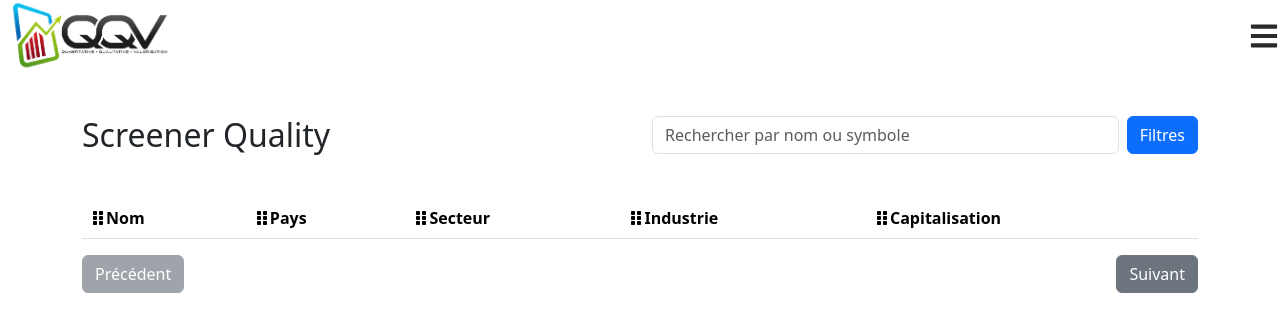
Repository: adamaadev/comeup
Page: / (app in admin/)
An editor plug-in stored every save of this project. The page is shown before and after the next save, followed by the edit.
The browser window is 1280 px wide. The pictures show the whole page.
The page's requests for data from a server got no answer. The project was rebuilt for these pictures with package versions that can differ from the ones it lists, and the page was loaded fresh each time. No one was signed in, and anything a server would have sent is missing. Also part of the build but not shown: admin/src/pages/Auth/Login.js, admin/src/pages/Home/Watchlist.js, admin/src/pages/Home/Prix.js, admin/src/pages/Home/Douve.js, admin/src/pages/Home/Scenario.js, admin/src/pages/Services/Questions.js, admin/src/pages/Home/Analyse.js, admin/src/pages/Home/Foire.js and 9 more.

Above is the page before, as saved 2024-09-09 18:45:02.

### admin/public/index.html
<!DOCTYPE html>
<html lang="en">
  <head>
    <meta charset="utf-8" />
    <link rel="icon" href="%PUBLIC_URL%/favicon.ico" />
    <meta name="viewport" content="width=device-width, initial-scale=1" />
    <meta name="theme-color" content="#000000" />
    <meta
      name="description"
      content="Web site created using create-react-app"
    />
    <link rel="apple-touch-icon" href="%PUBLIC_URL%/logo192.png" />
    <link href='https://cdn.jsdelivr.net/npm/boxicons@2.0.9/css/boxicons.min.css' rel='stylesheet'>

    <!--
      manifest.json provides metadata used when your web app is installed on a
      user's mobile device or desktop. See https://developers.google.com/web/fundamentals/web-app-manifest/
    -->
    <link rel="manifest" href="%PUBLIC_URL%/manifest.json" />
    <!--
      Notice the use of %PUBLIC_URL% in the tags above.
      It will be replaced with the URL of the `public` folder during the build.
      Only files inside the `public` folder can be referenced from the HTML.

      Unlike "/favicon.ico" or "favicon.ico", "%PUBLIC_URL%/favicon.ico" will
      work correctly both with client-side routing and a non-root public URL.
      Learn how to configure a non-root public URL by running `npm run build`.
    -->
    <title>React App</title>
  </head>
  <body>
    <noscript>You need to enable JavaScript to run this app.</noscript>
    <div id="root"></div>
    <!--
      This HTML file is a template.
      If you open it directly in the browser, you will see an empty page.

      You can add webfonts, meta tags, or analytics to this file.
      The build step will place the bundled scripts into the <body> tag.

      To begin the development, run `npm start` or `yarn start`.
      To create a production bundle, use `npm run build` or `yarn build`.
    -->
  </body>
</html>

### admin/src/index.js
import React from 'react';
import App from './App';
import './pages/style/index.css';
import ReactDOM from 'react-dom/client';
import 'bootstrap/dist/css/bootstrap.min.css';

const root = ReactDOM.createRoot(document.getElementById('root'));
root.render(
    <App />
);

### admin/src/App.js
import React, { useEffect, useState } from 'react'
import axios from 'axios';
import Home from './pages/Home/Home';
import Login from './pages/Auth/Login';
import WatchList from './pages/Home/Watchlist';
import Details from './pages/Home/Details';
import Setting from './pages/Home/Setting';
import Forget from './pages/Auth/Forget';
import Screener from './pages/Home/Screener';
import ResetPassword from './pages/Auth/ResetPassword';
import Signup from './pages/Auth/Signup';
import Gestion from './pages/Home/Gestion';
import { BrowserRouter , Routes , Route , Navigate} from 'react-router-dom';
import Bareme from './pages/Home/Bareme';

export default function App() {
  const [auth, setauth] = useState(false);
  const type = "admin";

  axios.defaults.withCredentials = true;
  useEffect(() => {
    axios.post('http://localhost:4000/',{ type }).then(res => {
      if (res.data.success) {
        setauth(true);
      }
    });
  }, []);

  return (
    <BrowserRouter>
      <Routes>
        <Route path='/' element = { <Home/> }>
          <Route path='/' element = {<Screener/> }/>
          <Route path='/watchlist' element = {<WatchList/>}/>
          <Route path='/gestion' element = {<Gestion/>}/>
          <Route path='/details/:symbol' element = {<Details/>}/>
          <Route path='/compte' element = {<Setting/>}/>
          <Route path='/bareme' element={<Bareme/>}/>
        </Route>
        <Route path='/forget' element = {auth ? <Navigate to="/" /> : <Forget/>}/>
        <Route path='/reset-password/:token' element = {auth ? <Navigate to="/" /> : <ResetPassword/>}/>
        <Route path='/login' element = {auth ? <Navigate to="/" /> :<Login />}/>
        <Route path='*' element = { auth ? <Navigate to="/" /> : <Login />}/>
        <Route path='/signup' element = { auth ? <Navigate to="/" /> : <Signup />}/>
      </Routes>
    </BrowserRouter>
  )
}

### admin/src/pages/style/index.css
.active{
    color: red;
}

  .table th {
    height: 60px; /* Hauteur fixe pour les th */
  }

  @media (max-width: 768px) {
    .table-responsive {
      overflow-x: auto;
    }

    .table th, .table td {
      font-size: 14px;
      height: auto;
    }

    .company-logo {
      width: 40px;
      height: 40px;
    }
  }
  .text-center {
    text-align: center;
  }

  .symbol{
    font-weight: bold;
  }

.kilo{
    display: inline-block;
  }

  .sidebar {
    transform: translateX(100%);
    transition: transform 0.3s ease-in-out;
  }

  .sidebar.open {
    transform: translateX(0);
  }

  .header-shadow {
    box-shadow: 0 2px 4px rgba(0,0,0,.1);
  }

  header{
    width: 100% !important;
  }

  .company-logo {
    width: 50px;
    height: 50px;
  }

  .nav-link {
    color: #6c757d; /* Couleur des onglets inactifs */
    font-weight: bold;
  }

  .nav-link.active {
    color: #007bff; /* Couleur de l'onglet actif */
    border-bottom: 3px solid #007bff; /* Soulignement bleu pour l'onglet actif */
  }

  .nav-link:hover {
    color: #0056b3; /* Changement de couleur au survol */
  }

  button.btn {
    display: flex;
    align-items: center;
    gap: 5px;
  }
  .container {
    .company-name {
      font-size: 1.5rem;
      font-weight: bold;
    }
    .stock-price {
      font-size: 1.2rem;
      color: #666;
    }
    .nav-tabs {
      border-bottom: 2px solid #dee2e6;
      .nav-link {
        color: #000;
        &.active {
          font-weight: bold;
          color: #007bff;
          border-bottom: 3px solid #007bff;
        }
      }
    }
    .chart-section {
      width: 70%;
      padding-right: 20px;
    }
    .info-section {
      width: 30%;
      background-color: #f8f9fa;
      padding: 20px;
      height: max-content;
      border-radius: 5px;
    }
  }

  .chart-container {
    position: relative;
    display: flex;
    flex-direction: column;
    align-items: center;
  }

  .chart-wrapper {
    position: relative;
    width: 100%;
    height: 400px;
  }

  .logo-overlay {
    position: absolute;
    top: 50%;
    left: 50%;
    width: 150px;
    height: 150px;
    transform: translate(-50%, -50%);
    pointer-events: none;
  }

  .grid-container {
    display: flex;
    flex-wrap: wrap;
    gap: 20px; /* Espacement entre les colonnes */
  }

  .grid-container ul {
    list-style-type: none;
    padding: 0;
    margin: 0;
    width: 45%; /* Chaque liste prendra environ la moitié de la largeur */
  }

  .grid-container h2 {
    width: 100%; /* Les titres prendront toute la largeur */
  }

  li {
    margin-bottom: 10px; /* Espacement entre les éléments */
  }

### admin/src/pages/Home/Home.js
import { useState, useEffect } from 'react';
import axios from 'axios';
import logo from '../Assets/logo.jpg';
import { Link, NavLink, Outlet, useNavigate } from 'react-router-dom';
import { FaChevronDown, FaChevronUp, FaBars, FaTimes } from 'react-icons/fa';

export default function Home() {
  const type = "admin";
  const navigate = useNavigate();
  const [name, setName] = useState('');
  const [isMenuOpen, setIsMenuOpen] = useState(false);
  const [isSidebarOpen, setIsSidebarOpen] = useState(false);
  const [hasScrolled, setHasScrolled] = useState(false);

  useEffect(() => {
    axios.post('http://localhost:4000/', { type })
      .then(res => {
        setName(res.data.username);
        if (!res.data.success) {
          navigate('/login');
        }
      });
  }, [navigate]);

  useEffect(() => {
    const handleScroll = () => {
      if (window.scrollY > 0) {
        setHasScrolled(true);
      } else {
        setHasScrolled(false);
      }
    };

    window.addEventListener('scroll', handleScroll);
    return () => {
      window.removeEventListener('scroll', handleScroll);
    };
  }, []);

  const handleLogout = () => {
    axios.post('http://localhost:4000/logout', { type })
      .then(res => {
        if (res.data.success) {
          window.location.reload(true);
        }
      });
  };

  return (
    <div className="d-flex">
      <div className="flex-grow-1 p-3">
        <header className={`d-flex justify-content-between align-items-center py-3 ${hasScrolled ? 'header-shadow' : ''}`} style={{ position: 'fixed', top: 0, left: 0, width: '100%', height: "10%", backgroundColor: '#fff', zIndex: 1000 }}>
          <NavLink to="/" style={{ textDecoration: 'none' }}>
            <img src={logo} style={{ maxWidth: '180px', maxHeight: '180px', display: 'block', margin: '0 auto' }} alt="Logo" />
          </NavLink>
          <button onClick={() => setIsSidebarOpen(!isSidebarOpen)} className="btn btn-link p-0 d-flex align-items-center">
            <FaBars color='#2a2a2a' size={30} />
          </button>
        </header>
        <div style={{ marginTop: '100px' }}>
          <Outlet />
        </div>
      </div>
      {isSidebarOpen && (
        <aside className={`bg-light border-start p-3 position-fixed top-0 end-0 vh-100 sidebar ${isSidebarOpen ? 'open' : ''}`} style={{ minWidth: '250px', zIndex: '1000' }}>
          <button onClick={() => setIsSidebarOpen(false)} className="btn btn-link p-0 position-absolute top-0 end-0 m-3">
            <FaTimes size={30} />
          </button>
          <nav className="d-flex flex-column mt-5">
            <NavLink to={'/watchlist'} style={{ textDecoration: 'none' }} className="mb-3">Watchlist</NavLink>
            <NavLink to={'/bareme'} style={{ textDecoration: 'none' }} className="mb-3">Bareme</NavLink>
            <NavLink to={'/gestion'} style={{ textDecoration: 'none' }} className="mb-3">Emails Clients</NavLink>
            <NavLink to={'/compte'} style={{ textDecoration: 'none' }} className="mb-3">Compte</NavLink>
            <Link onClick={handleLogout} style={{ textDecoration: 'none' }} className="mb-3">Se deconnecter</Link>
          </nav>
        </aside>
      )}
    </div>
  );
}

### admin/src/pages/Home/Screener.js
import React, { useState, useEffect } from 'react';
import axios from 'axios';
import { Modal, Button } from 'react-bootstrap';
import { DragDropContext, Droppable, Draggable } from 'react-beautiful-dnd';
import { FaGripVertical } from 'react-icons/fa';

export default function Watchlist() {
  const [infos, setInfos] = useState([]);
  const [query, setQuery] = useState('');
  const [currentPage, setCurrentPage] = useState(1);
  const [showModal, setShowModal] = useState(false);
  const [filters, setFilters] = useState([{ filterType: '', selectedOption: '', min: '', max: '' }]);
  const [columns, setColumns] = useState(['Name', 'pays', 'secteur', 'industrie', 'Capitalisation']);
  const [filteredInfos, setFilteredInfos] = useState([]);
  const [secondSelectChanged, setSecondSelectChanged] = useState(false);
  const itemsPerPage = 20;

  const handleDragEnd = (result) => {
    if (!result.destination) return;

    const updatedColumns = Array.from(columns);
    const [removed] = updatedColumns.splice(result.source.index, 1);
    updatedColumns.splice(result.destination.index, 0, removed);

    setColumns(updatedColumns);
    // Enregistrer l'ordre des colonnes dans le localStorage
    localStorage.setItem('draggedColumns', JSON.stringify(updatedColumns));
  };

  useEffect(() => {
    const savedColumns = localStorage.getItem('draggedColumns');
    if (savedColumns) {
      setColumns(JSON.parse(savedColumns));
    }
  }, []);

  const ratioNames = {
    'exchangeShortName': 'exchange',
    'pays': 'Pays',
    'secteur': 'Secteur',
    'industrie': 'Industrie',
    'buyback_yield': 'Buyback yield',
    'croissance_CA_1_an': 'CA 1 an',
    'croissance_CA_5_ans': 'CA 5 ans',
    'croissance_CA_10_ans': 'CA 10 ans',
    'fcf_1_year': 'FCF 1 an',
    'fcf_5_years': 'FCF 5 ans',
    'fcf_10_years': 'FCF 10 ans',
    'fcf_margin_one_year': 'FCF Margin 1 an',
    'fcf_margin_five_year': 'FCF Margin 5 ans',
    'roce': 'ROCE 1 an',
    'roce_5_year_avg': 'ROCE Moyenne 5 ans',
    'croissance_resultat_net_1_an': 'Résultat Net 1 an',
    'croissance_resultat_net_5_ans': 'Résultat Net 5 ans',
    'piotroski_score': 'Piotroski-Score',
    'ratio_capex_revenu_net': 'Ratio CAPEX/Revenu Net',
    'rachat_net_moyen': 'Rachat Net Moyen',
    'croissance_annualisee': 'Croissance Annualisée',
    'croissance_moyenne': 'Croissance Moyenne',
    'debt_equity': 'Debt-Equity',
    'ratio_payout': 'Payout-Ratio',
    'performance': 'Performance 5 ans',
    'nbreannee': 'Nombre d\'années',
  };

  const handleCloseModal = () => setShowModal(false);
  const getAvailableRatioOptions = (currentFilterIndex) => {
    // Obtenir les ratios déjà sélectionnés dans d'autres filtres
    const selectedRatios = filters
      .map((filter, index) => (index !== currentFilterIndex ? filter.filterType : null))
      .filter(Boolean);

    // Retourner les ratios qui ne sont pas encore sélectionnés
    return Object.keys(ratioNames).filter((ratio) => !selectedRatios.includes(ratio));
  };

  useEffect(() => {
    axios.get('http://localhost:4000/screener')
      .then(res => {
        console.log(res.da);

        const sortedData = res.data.sort((a, b) => b.Capitalisation - a.Capitalisation); // Décroissant
        setInfos(sortedData);
        setFilteredInfos(sortedData); // Initialement, les infos filtrées sont les mêmes que les infos triées
      });
  }, []);

  useEffect(() => {
    const initialColumns = ['Nom', 'pays', 'secteur', 'industrie', 'Capitalisation', 'exchangeShortName'];
    const newColumns = [
      ...initialColumns.filter(col => col !== 'exchangeShortName'),
      ...filters
        .map(f => f.filterType)
        .filter(f => f && !initialColumns.includes(f))
    ];
    setColumns(newColumns);
  }, [filters]);

  useEffect(() => {
    const applyFilters = () => {
      return infos.filter(info => {
        const matchesQuery =
          info.symbol.toLowerCase().includes(query.toLowerCase());

        const matchesFilters = filters.every(({ filterType, selectedOption, min, max }) => {
          if (!filterType) return true; // Pas de filtre sélectionné

          // Vérifier si le filtre est appliqué à 'eligiblePea'
          if (filterType === 'eligiblePea') {
            return (info[filterType] ? 'Oui' : 'Non') === selectedOption;
          }

          // Filtre pour les champs numériques avec min/max
          if (['buyback_yield', 'fcf_1_year', 'fcf_5_years', 'fcf_10_years', 'fcf_margin_one_year', 'fcf_margin_five_year', 'roce', 'roce_5_year_avg', 'croissance_resultat_net_1_an', 'croissance_resultat_net_5_ans', 'croissance_CA_1_an', 'croissance_CA_5_ans', 'croissance_CA_10_ans', 'croissance_annualisee', 'croissance_moyenne', 'debt_equity', 'ratio_payout', 'performance', 'nbreannee'].includes(filterType)) {
            const value = parseFloat(info[filterType]);
            if (isNaN(value)) return true; // Si la valeur n'est pas un nombre, ignorer les filtres min/max
            if (min && value < parseFloat(min)) return false;
            if (max && value > parseFloat(max)) return false;
            return true;
          }

          // Si aucun selectedOption n'est choisi, ne pas appliquer le filtre
          if (!selectedOption) return true;

          // Filtre pour les autres champs (comme pays, secteur, industrie)
          return info[filterType] === selectedOption;
        });

        return matchesQuery && matchesFilters;
      });
    };

    // Appliquer les filtres à chaque changement
    const filtered = applyFilters();
    const sortedFiltered = filtered.sort((a, b) => b.Capitalisation - a.Capitalisation);
    setFilteredInfos(sortedFiltered);
  }, [filters, query, infos]);

  // Fonction pour gérer la suppression d'un filtre
  const removeFilter = (index) => {
    const newFilters = filters.filter((_, i) => i !== index);
    setFilters(newFilters);
    setSecondSelectChanged(true); // Pour réappliquer les filtres après suppression
  };

  const handleQueryChange = (event) => {
    const newQuery = event.target.value;
    setQuery(newQuery);

    if (newQuery === '') {
      // Si la barre de recherche est vide, réinitialiser les résultats filtrés
      setFilteredInfos(infos);
    } else {
      setSecondSelectChanged(true); // Forcer la réapplication des filtres avec la nouvelle recherche
    }
  };

  const handleFilterChange = (index, field, value) => {
    const newFilters = [...filters];
    newFilters[index][field] = value;

    if (field === 'filterType') {
      newFilters[index].selectedOption = '';
      newFilters[index].min = '';
      newFilters[index].max = '';
      setSecondSelectChanged(false);
    }

    if (field === 'selectedOption' || field === 'min' || field === 'max') {
      setSecondSelectChanged(true);
    }

    setFilters(newFilters);
  };

  const addFilter = () => {
    if (filters.length < 2) {
      setFilters([...filters, { filterType: '', selectedOption: '', min: '', max: '' }]);
    }
  };

  const getFilterOptions = (filterType) => {
    if (!filterType) return [];
    if (filterType === 'eligiblePea') return ['Oui', 'Non'];
    if (['buyback_yield', 'fcf_1_year', 'fcf_5_years', 'fcf_10_years', 'fcf_margin_one_year', 'fcf_margin_five_year', 'roce', 'roce_5_year_avg', 'croissance_resultat_net_1_an', 'croissance_resultat_net_5_ans', 'croissance_CA_1_an', 'croissance_CA_5_ans', 'croissance_CA_10_ans', 'croissance_annualisee', 'croissance_moyenne', 'debt_equity', 'ratio_payout', 'performance', 'nbreannee'].includes(filterType)) {
      return [];
    }
    return [...new Set(infos.map(info => info[filterType]))];
  };

  const indexOfLastItem = currentPage * itemsPerPage;
  const indexOfFirstItem = indexOfLastItem - itemsPerPage;
  const currentItems = filteredInfos.slice(indexOfFirstItem, indexOfLastItem);

  const totalPages = Math.ceil(filteredInfos.length / itemsPerPage);

  const handleNextPage = () => {
    if (currentPage < totalPages) {
      setCurrentPage(prevPage => prevPage + 1);
    }
  };

  const handlePrevPage = () => {
    if (currentPage > 1) {
      setCurrentPage(prevPage => prevPage - 1);
    }
  };

  const formatNumber = (num) => {
    return (num / 1e9).toFixed(3);
  };

  return (
    <section className="container mt-4">
      <div className="row align-items-center mb-4">
        <div className="col-md-6">
          <h2 className="mb-0">Screener Quality</h2>
        </div>
        <div className="col-md-6 d-flex align-items-center">
          <input
            type="text"
            className="form-control me-2"
            placeholder="Rechercher par nom ou symbole"
            value={query}
            onChange={handleQueryChange}
          />
          <Button variant="primary" onClick={() => setShowModal(true)}>
            Filtres
          </Button>
        </div>
      </div>
      <Modal show={showModal} onHide={handleCloseModal}>
        <Modal.Header closeButton>
          <Modal.Title>Ajouter un filtre</Modal.Title>
        </Modal.Header>
        <Modal.Body>
          {filters.map((filter, index) => (
            <div className="row mb-3" key={index}>
              <div className="col-md-4">
                <select
                  className="form-control"
                  value={filter.filterType}
                  onChange={(e) => handleFilterChange(index, 'filterType', e.target.value)}
                >
                  <option value="">Sélectionner un filtre</option>
                  {getAvailableRatioOptions(index).map(type => (
                    <option key={type} value={type}>{ratioNames[type]}</option>
                  ))}
                </select>
              </div>

              <div className="col-md-4">
                {filter.filterType === 'eligiblePea' ? (
                  <select
                    className="form-control"
                    value={filter.selectedOption}
                    onChange={(e) => handleFilterChange(index, 'selectedOption', e.target.value)}
                  >
                    <option value="">Sélectionner une option</option>
                    <option value="Oui">Oui</option>
                    <option value="Non">Non</option>
                  </select>
                ) : (
                  <>
                    {['buyback_yield', 'croissance_CA_1_an', 'croissance_CA_5_ans', 'croissance_CA_10_ans', 'fcf_1_year', 'fcf_5_years', 'fcf_10_years', 'fcf_margin_one_year', 'fcf_margin_five_year', 'roce', 'roce_5_year_avg', 'croissance_resultat_net_1_an', 'croissance_resultat_net_5_ans', 'piotroski_score', 'ratio_capex_revenu_net', 'rachat_net_moyen', 'croissance_annualisee', 'croissance_moyenne', 'debt_equity', 'ratio_payout', 'performance', 'nbreannee'].includes(filter.filterType) ? (
                      <>
                        <input
                          type="number"
                          className="form-control"
                          placeholder="Min"
                          value={filter.min}
                          onChange={(e) => handleFilterChange(index, 'min', e.target.value)}
                        />
                        <input
                          type="number"
                          className="form-control mt-2"
                          placeholder="Max"
                          value={filter.max}
                          onChange={(e) => handleFilterChange(index, 'max', e.target.value)}
                        />
                      </>
                    ) : (
                      <select
                        className="form-control"
                        value={filter.selectedOption}
                        onChange={(e) => handleFilterChange(index, 'selectedOption', e.target.value)}
                      >
                        <option value="">Sélectionner une option</option>
                        {getFilterOptions(filter.filterType).map(option => (
                          <option key={option} value={option}>{option}</option>
                        ))}
                      </select>
                    )}
                  </>
                )}
              </div>
              <div className="col-md-4">
                <button className="btn btn-danger" onClick={() => removeFilter(index)}>
                  X
                </button>
              </div>
            </div>
          ))}
          {filters.length < 2 && (
            <button onClick={addFilter} className='btn btn-primary'>
              Ajouter un filtre
            </button>
          )}
        </Modal.Body>
        <Modal.Footer>
          <Button variant="secondary" onClick={handleCloseModal}>
            Fermer
          </Button>
        </Modal.Footer>
      </Modal>
      <table className="table">
        <DragDropContext onDragEnd={handleDragEnd}>
          <Droppable droppableId="droppable" direction="horizontal">
            {(provided) => (
              <thead ref={provided.innerRef} {...provided.droppableProps}>
                <tr>
                  {columns.map((col, idx) => (
                    <Draggable key={col} draggableId={col} index={idx}>
                      {(provided) => (
                        <th
                          ref={provided.innerRef}
                          {...provided.draggableProps}
                          {...provided.dragHandleProps}
                          style={{ ...provided.draggableProps.style, whiteSpace: 'nowrap' }}
                        >
                          <div className="d-flex align-items-center">
                            <FaGripVertical />
                            {ratioNames[col] || col}
                          </div>
                        </th>
                      )}
                    </Draggable>
                  ))}
                  {provided.placeholder}
                </tr>
              </thead>
            )}
          </Droppable>
        </DragDropContext>

        <tbody>
  {currentItems.map((info, index) => (
    <tr key={index} onClick={() => window.open(`/details/${info.symbol}`, '_blank')} style={{ cursor: 'pointer' }}>
      {columns.map((col, idx) => (
        <td key={idx}>
          {col === 'Nom' ? (
            <div className="d-flex align-items-center">
              {info.logo ? (
                <img src={info.logo} alt={`${info.Name} logo`} width="50" height="50" style={{ display: 'block', marginRight: '10px' }} />
              ) : null}
              <div>
                {info.Nom}
                {info.symbol && info.exchangeShortName && (
                  <div style={{ fontSize: '0.9em' }}>
                    <span>{info.symbol} </span>
                    <span style={{ fontWeight: 'bold' }}> : {info.exchangeShortName}</span>
                  </div>
                )}
              </div>
            </div>
          ) : (
            info[col] !== undefined ? (
              col === 'Capitalisation' && info.Capitalisation ? (
                formatNumber(info.Capitalisation)
              ) : (
                info[col]
              )
            ) : (
              '-'
            )
          )}
        </td>
      ))}
    </tr>
  ))}
</tbody>

      </table>

      <div className="d-flex justify-content-between">
        <button className="btn btn-secondary" onClick={handlePrevPage} disabled={currentPage === 1}>
          Précédent
        </button>
        <button className="btn btn-secondary" onClick={handleNextPage} disabled={currentPage === totalPages}>
          Suivant
        </button>
      </div>
    </section>
  );
}

After the next save:
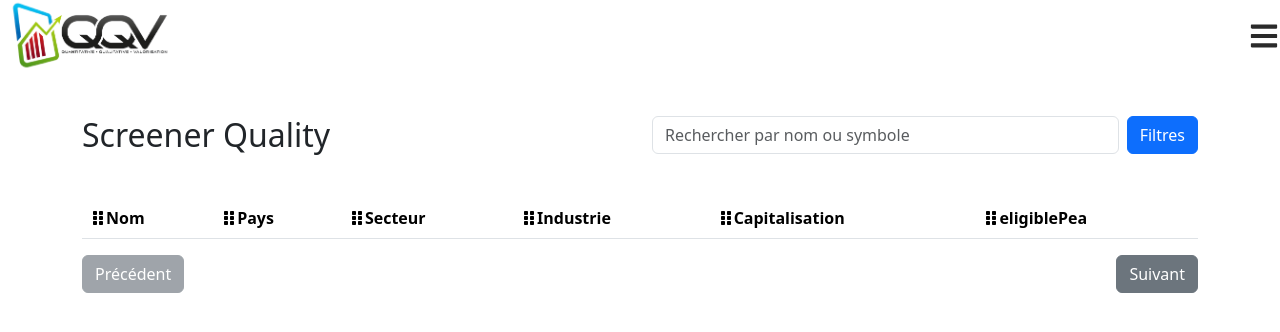
Saved 83 s later.
--- a/admin/src/pages/Home/Screener.js
+++ b/admin/src/pages/Home/Screener.js
@@ -86,7 +86,7 @@ export default function Watchlist() {
   }, []);
 
   useEffect(() => {
-    const initialColumns = ['Nom', 'pays', 'secteur', 'industrie', 'Capitalisation', 'exchangeShortName'];
+    const initialColumns = ['Nom', 'pays', 'secteur', 'industrie', 'Capitalisation', 'exchangeShortName','eligiblePea'];
     const newColumns = [
       ...initialColumns.filter(col => col !== 'exchangeShortName'),
       ...filters
